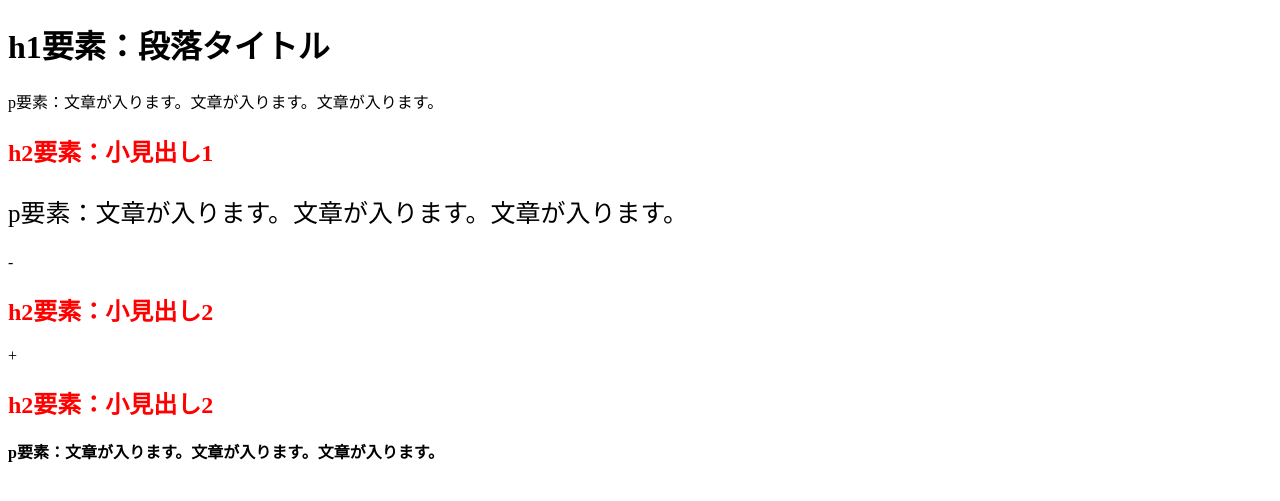
Repository: Miya0223/samurai_HTML-CSS
Page: index.html
The author's editor kept a record of every edit. The page is drawn from the files as they stood at one moment, then again after the next edit.
The browser window is 1280 px wide. The pictures show the whole page.

Above is the page before.

### index.html
<!DOCTYPE html>
<html lang="ja">
  <head>
    <meta charset="UTF-8">
    <title>HTML/CSSの学習</title>
    <style>
      h2 {
        color: red;
      }
      #red {
        color: red;
      }
    </style>
  </head>
  <body>
    <h1>h1要素：段落タイトル</h1>
    <p>p要素：文章が入ります。文章が入ります。文章が入ります。</p>
    <h2>h2要素：小見出し1</h2>
    <p style="font-size: 25px;">
      p要素：文章が入ります。文章が入ります。文章が入ります。
    </p>
-    <h2>h2要素：小見出し2</h2>
+    <h2 id="red">h2要素：小見出し2</h2>
    <p style="font-weight: bold;">
      p要素：文章が入ります。文章が入ります。文章が入ります。
    </p>
  </body>
 </html>

After the next edit:
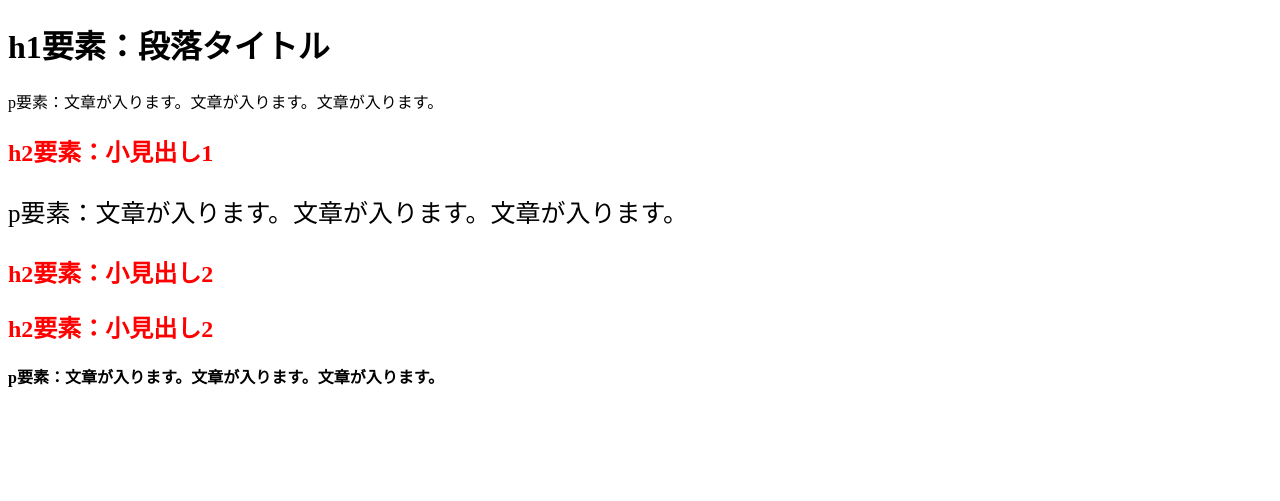
The edit:
--- a/index.html
+++ b/index.html
@@ -19,8 +19,8 @@
     <p style="font-size: 25px;">
       p要素：文章が入ります。文章が入ります。文章が入ります。
     </p>
--    <h2>h2要素：小見出し2</h2>
-+    <h2 id="red">h2要素：小見出し2</h2>
+    <h2>h2要素：小見出し2</h2>
+    <h2 id="red">h2要素：小見出し2</h2>
     <p style="font-weight: bold;">
       p要素：文章が入ります。文章が入ります。文章が入ります。
     </p>
